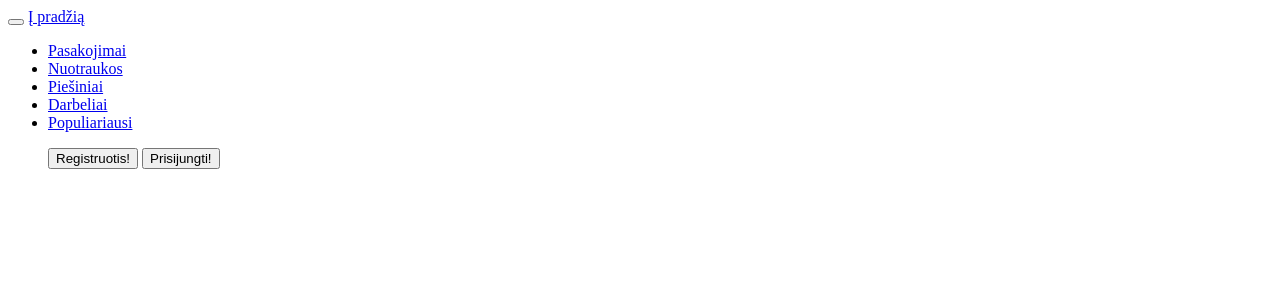
Repository: Skaidrius/Blogas
Page: templates/header.html
The author's editor kept a record of every edit. The page is drawn from the files as they stood at one moment, then again after the next edit.
The browser window is 1280 px wide. The pictures show the whole page.

Above is the page before.

After the next edit:
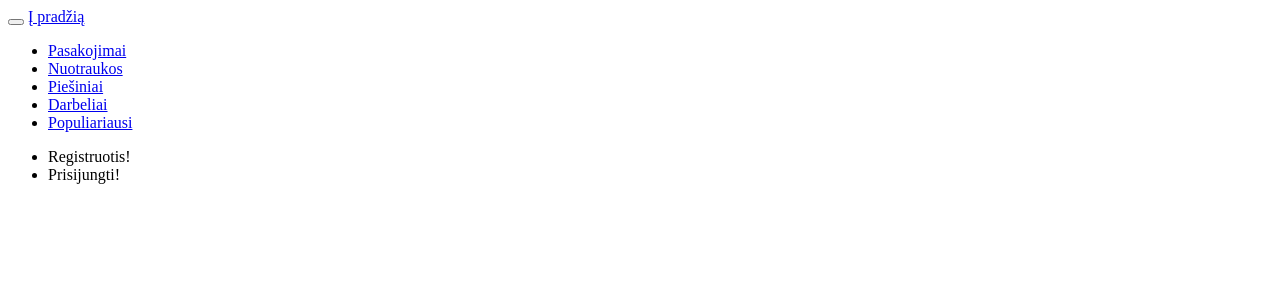
The edit:
--- a/templates/header.html
+++ b/templates/header.html
@@ -21,12 +21,8 @@
 
       <ul class="nav navbar-nav navbar-right" ng-controller="LoginCtrl">
 
-
-        <button class="btn btn-default" ng-click="open('partials/signup.html')">Registruotis!</button>
-        <button class="btn btn-default" ng-click="open('partials/login.html')">Prisijungti!</button>
-
-        <!--<li><a class="text-center" href="#/signup"><span class="fa fa-user"></span> Registruotis</a></li>-->
-        <!--<li><a class="text-center" href="#/login"><span class="fa fa-key"></span> Prisijungti</a></li>-->
+        <li><a class="text-center" ng-click="open('partials/signup.html')"><span class="fa fa-user"></span> Registruotis!</a></li>
+        <li><a class="text-center" ng-click="open('partials/login.html')"><span class="fa fa-key"></span> Prisijungti!</a></li>
       </ul>
     </div>
   </div>
